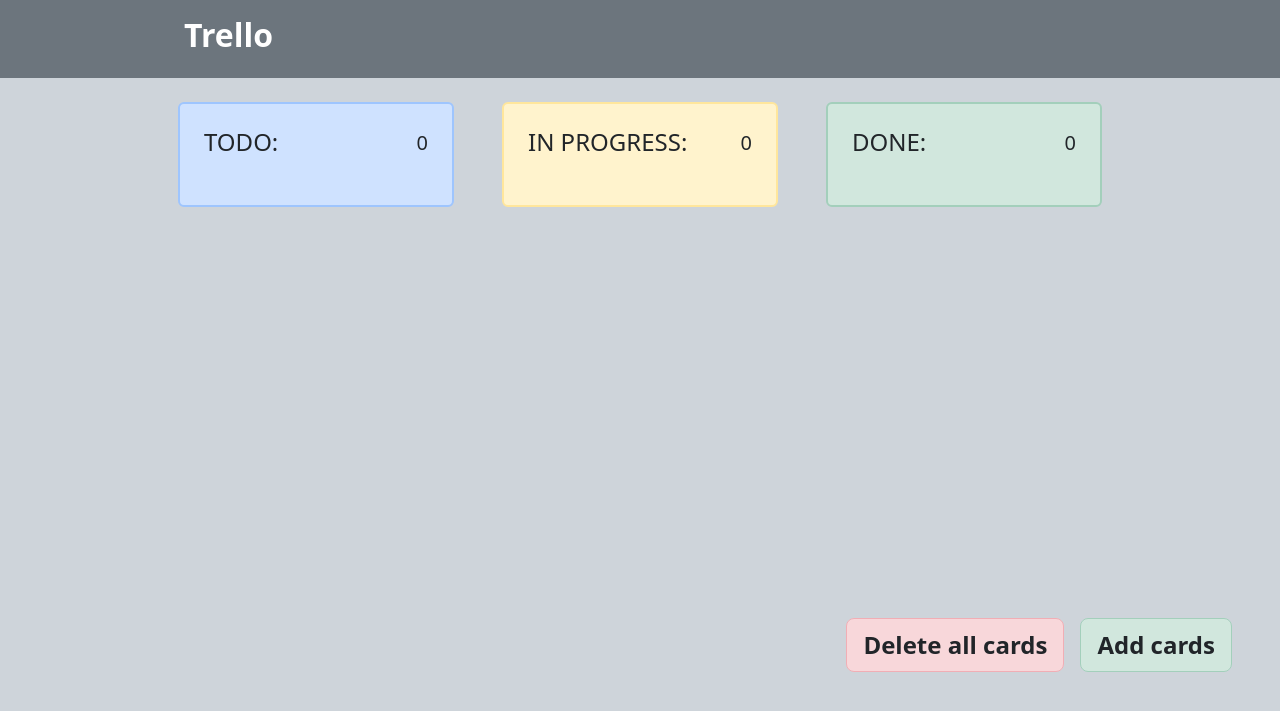
Repository: Valeria154/trello-app-clone
Page: / (app in trello-app-project/)
The author's editor kept a copy of each file at every save. The page is drawn from the files as they stood at one save, then again after a run of saves.
The browser window is 1280 px wide. The pictures show the whole page.
The project was rebuilt for these pictures with package versions that can differ from the ones it lists, and the page was loaded fresh each time. Also part of the build but not shown: trello-app-project/vite.config.js.

Above is the page before, as saved 2025-03-15 20:07:42.
Console error: ReferenceError: showClock is not defined

### trello-app-project/src/index.html
<!doctype html>
<html lang="en">

<head>
	<meta charset="UTF-8" />
	<meta name="viewport" content="width=device-width, initial-scale=1.0" />
	<title>Trello</title>
	<script type="module" src="./main.js"></script>
</head>

<body class="bg-dark-subtle">
	<header class="bg-secondary p-3">
		<div class="container d-flex justify-content-between align-items-center mx-autox w-75">
			<h1 class="fs-2 fw-bold text-white">Trello</h1>
			<div class="fs-5 fw-semibold text-white" id="clock"></div>
		</div>
	</header>
	<main class="p-4">
		<div class="container text-center w-75">
			<div class="row align-items-start mb-6 gap-5">
				<!-- TODO -->
				<div class="col border border-primary-subtle border-2 rounded-2 text-dark p-4 bg-primary-subtle">
					<div class="d-flex justify-content-between mb-3">
						<h4>TODO:</h4>
						<div id="todoCount" class="fs-5">0</div>
					</div>
					<div id="todo"></div>
				</div>
				<!-- In progress -->
				<div class="col border border-warning-subtle border-2 rounded-2 text-dark p-4 bg-warning-subtle">
					<div class="d-flex justify-content-between mb-3">
						<h4>IN PROGRESS:</h4>
						<div id="progressCount " class="fs-5">0</div>
					</div>
					<div id="progress"></div>
				</div>
				<!-- Done -->
				<div class="col border border-success-subtle border-2 rounded-2 text-dark p-4 bg-success-subtle">
					<div class="d-flex justify-content-between mb-3">
						<h4>DONE:</h4>
						<div id="doneCount" class="fs-5">0</div>
					</div>
					<div id="done"></div>
				</div>
			</div>
			<div class="d-grid gap-2 d-md-flex justify-content-md-end position-fixed bottom-0 end-0 p-5">
				<button class="btn btn-lg bg-danger-subtle border-danger-subtle me-md-2 fs-4 fw-semibold" type="button"
					id="deleteAllBtn">Delete all
					cards</button>
				<button id="addCardBtn" class="btn btn-lg bg-success-subtle border-success-subtle fs-4 fw-semibold"
					type="button">Add
					cards</button>
			</div>
			<!-- Modal TODO -->
			<div id="form-container" class="d-flex justify-content-center align-items-center">
				<!-- <form class="p-4 border rounded bg-light text-start fw-semibold w-50 position-relative">
					<div class="mb-3">
						<label for="titile" class="form-label fs-5">Title</label>
						<input type="text" class="form-control" id="title" placeholder="Enter todo...">
					</div>
					<div class="mb-3">
						<label for="description" class="form-label fs-5">Description</label>
						<textarea class="form-control p-2 rounded-3" id="description" rows="6"
							placeholder="Write description"></textarea>
					</div>
					<div class="mb-3">
						<label for="user" class="form-label fs-5">User </label>
						<select id="user" class="form-select">
							<option selected value="">Choose user</option>
							<option value="Amelia">Amelia</option>
							<option value="Mary">Mary</option>
							<option value="Thomas">Thomas</option>
							<option value="Harry">Harry</option>
							<option value="Susan">Susan</option>
						</select>
					</div>
					<button type="submit" class="btn btn-primary bg-secondary bg-gradient border-secondary">Add card
						TODO</button>
					<button type="button" class="btn-close position-absolute top-0 end-0 me-4 mt-4"
						aria-label="close"></button>
				</form> -->
			</div>
		</div>
	</main>

</body>

</html>

### trello-app-project/src/main.js
import './style.scss'
// import javascriptLogo from './javascript.svg'
// import viteLogo from '/vite.svg'

const clockElement = document.querySelector('#clock')
const addCardElement = document.querySelector('#addCardBtn')
const formElement =

	//функция, которая отражает часы
	function showClock() {
		clockElement.textContent = new Date().toLocaleTimeString()
	}
setInterval(showClock, 1000)
showClock()

addCardElement.addEventListener('click', handleClickButtonAddCard)

function handleClickButtonAddCard() {
	Toggle
}


// function handleClickButtonAddTodo() {
// 	toggleModal(formModalElement)
// 	formElement.innerHTML = buildFormModal()
// }

Loaded but not shown: trello-app-project/src/style.scss (common file)

After the next 4 saves:
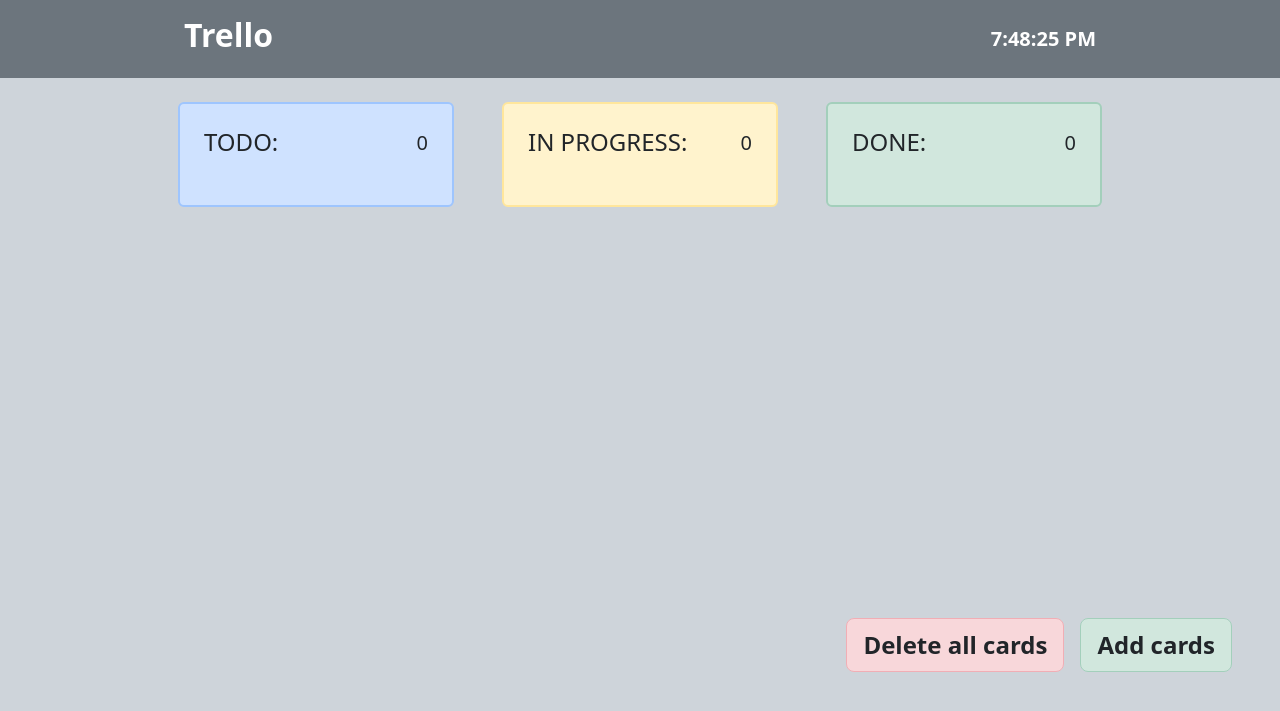
The error is gone.
The 4 saves are shown as one change because 3 did not build or start.
The last was saved 3 min 28 s later.
--- a/trello-app-project/src/index.html
+++ b/trello-app-project/src/index.html
@@ -51,8 +51,8 @@
 					type="button">Add
 					cards</button>
 			</div>
-			<!-- Modal TODO -->
-			<div id="form-container" class="d-flex justify-content-center align-items-center">
+			<!-- Modal form -->
+			<div id="modalFormContainer" class="d-flex justify-content-center align-items-center">
 				<!-- <form class="p-4 border rounded bg-light text-start fw-semibold w-50 position-relative">
 					<div class="mb-3">
 						<label for="titile" class="form-label fs-5">Title</label>
--- a/trello-app-project/src/main.js
+++ b/trello-app-project/src/main.js
@@ -4,12 +4,12 @@
 
 const clockElement = document.querySelector('#clock')
 const addCardElement = document.querySelector('#addCardBtn')
-const formElement =
+const modalFormElement = document.querySelector('#modalFormContainer')
 
-	//функция, которая отражает часы
-	function showClock() {
-		clockElement.textContent = new Date().toLocaleTimeString()
-	}
+//функция, которая отражает часы
+function showClock() {
+	clockElement.textContent = new Date().toLocaleTimeString()
+}
 setInterval(showClock, 1000)
 showClock()
 
@@ -19,8 +19,79 @@
 	Toggle
 }
 
+function buildModalForm() {
+	return `
+
+	`
+
+}
 
 // function handleClickButtonAddTodo() {
 // 	toggleModal(formModalElement)
 // 	formElement.innerHTML = buildFormModal()
 // }
+
+// function buildFormModal() {
+// 	return `
+// 			  <div class="mb-6 flex flex-col gap-4">
+// 					<div class="">
+// 						 <label for="title" class="mb-2 block text-sm font-medium text-gray-900"
+// 							  >Title</label
+// 						 >
+// 						 <input
+// 							  type="text"
+// 							  name="title"
+// 							  id="title"
+// 							  class="focus:ring-primary-600 focus:border-primary-600 block w-full rounded-lg border border-gray-300 bg-gray-50 p-2.5 text-sm text-gray-900"
+// 							  placeholder="Enter todo..."
+// 							  required=""
+// 						 />
+// 					</div>
+// 					<div class="">
+// 						 <label for="description" class="mb-2 block text-sm font-medium text-gray-900"
+// 							  >Description</label
+// 						 >
+// 						 <textarea
+// 							  name="description"
+// 							  id="description"
+// 							  rows="4"
+// 							  class="block w-full resize-none rounded-lg border border-gray-300 bg-gray-50 p-2.5 text-sm text-gray-900 focus:border-blue-500 focus:ring-blue-500"
+// 							  placeholder="Write description here"
+// 							  required
+// 						 ></textarea>
+// 					</div>
+// 					<div class="">
+// 						 <label for="assign-user" class="mb-2 block text-sm font-medium text-gray-900"
+// 							  >User</label
+// 						 >
+// 						 <select
+// 							  name="assignUser"
+// 							  id="assign-user"
+// 							  class="focus:ring-primary-500 focus:border-primary-500 block w-full rounded-lg border border-gray-300 bg-gray-50 p-2.5 text-sm text-gray-900"
+// 							  required
+// 						 >
+// 							  <option selected value="">Choose assign user</option>
+// 							  <option value="Adam">Adam</option>
+// 							  <option value="Jane">Jane</option>
+// 							  <option value="Kate">Kate</option>
+// 							  <option value="Mike">Mike</option>
+// 						 </select>
+// 					</div>
+// 			  </div>
+// 			  <button type="submit" class="submit-form-btn">
+// 					<svg
+// 					class="-ms-1 me-1 h-5 w-5"
+// 					fill="currentColor"
+// 					viewBox="0 0 20 20"
+// 					xmlns="http://www.w3.org/2000/svg"
+// 					>
+// 					<path
+// 						 fill-rule="evenodd"
+// 						 d="M10 5a1 1 0 011 1v3h3a1 1 0 110 2h-3v3a1 1 0 11-2 0v-3H6a1 1 0 110-2h3V6a1 1 0 011-1z"
+// 						 clip-rule="evenodd"
+// 					></path>
+// 					</svg>
+// 					Add todo
+// 			  </button>
+// 	`
+// }
